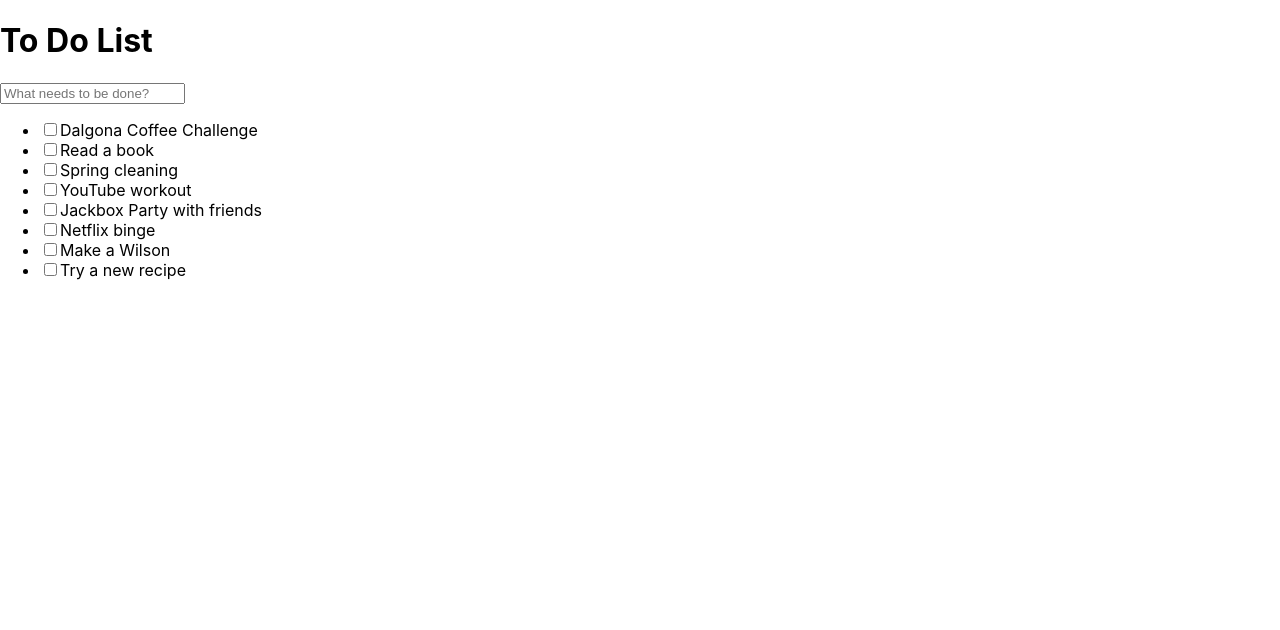
Repository: 365dayschallenge/vic-20
Page: /
The author's editor kept a copy of each file at every save. The page is drawn from the files as they stood at one save, then again after a run of saves.
The browser window is 1280 px wide. The pictures show the whole page.
The project was rebuilt for these pictures with package versions that can differ from the ones it lists, and the page was loaded fresh each time. Also part of the build but not shown: src/App.css.

Above is the page before, as saved 2022-01-20 20:59:02.

After the next 2 saves:
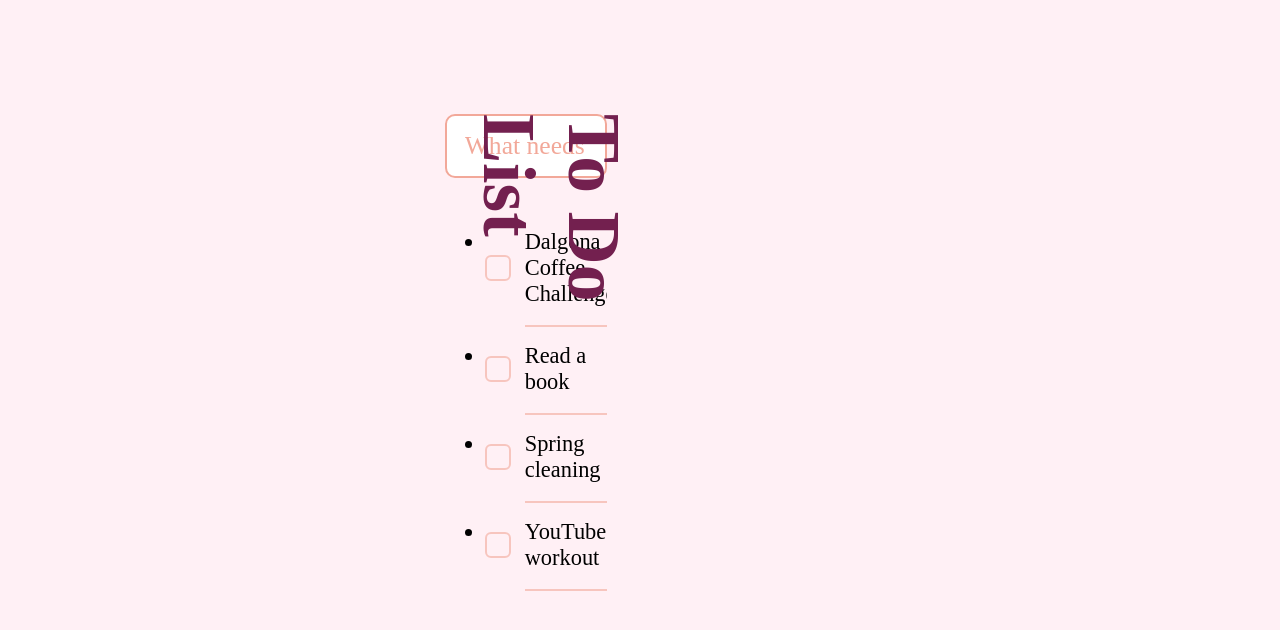
The 2 saves are shown as one change because they came seconds apart.
The last was saved 11 s later.
--- a/src/App.js
+++ b/src/App.js
@@ -1,5 +1,4 @@
-import logo from './logo.svg';
-import './App.css';
+import './App.scss';
 
 function App() {
   return (
